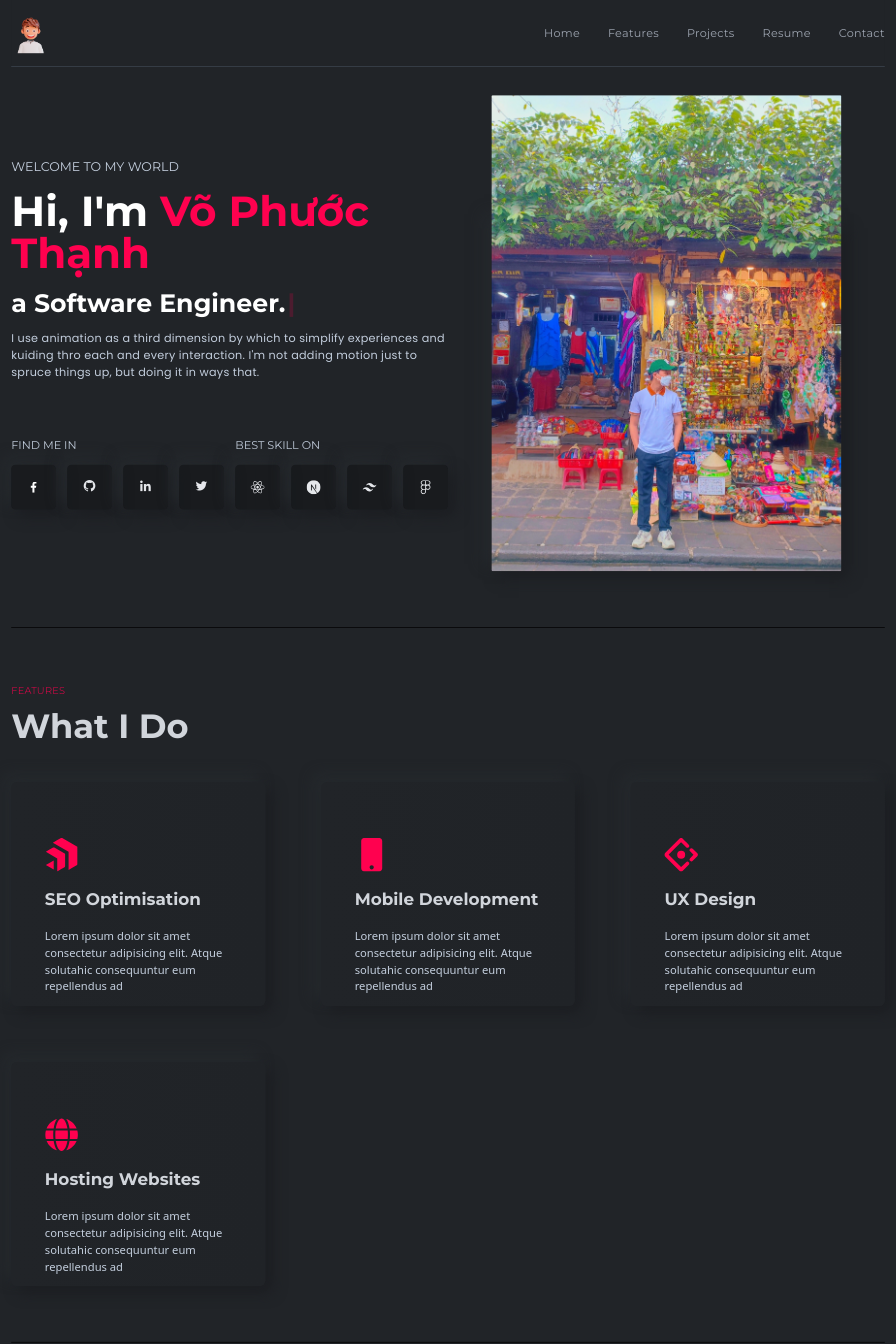
Repository: vophuocthanh/react-profile
Page: /
These files come from the project's save history. The page is drawn as it stood at one moment and after the next save; the edit follows.
The browser window is 1280 px wide. The pictures show the part of the page from y = 0 to 1920 px (the page is 5378 px tall), at 70% of full size.
The project was rebuilt for these pictures with package versions that can differ from the ones it lists, and the page was loaded fresh each time. Also part of the build but not shown: src/components/resume/ResumeCard.js, src/components/resume/Skills.js, src/components/resume/Achievement.js, src/components/resume/Experience.js, src/components/tesimonial/Testimonial.js.

Above is the page before, as saved 2023-05-04 19:54:10.

After the next save:
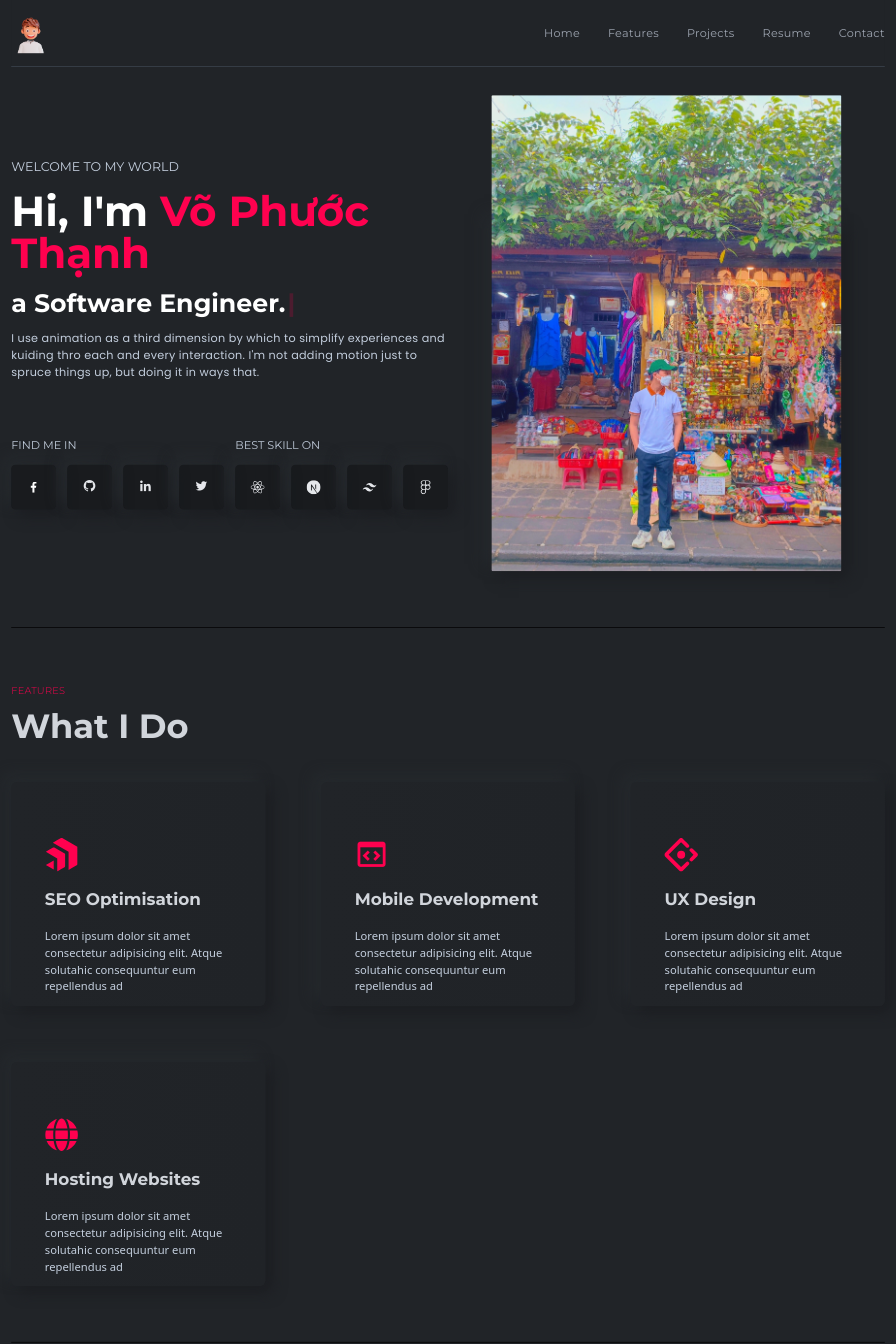
Saved 81 s later.
--- a/src/data/data.js
+++ b/src/data/data.js
@@ -23,7 +23,7 @@
   },
   {
     id: 4,
-    icon: <FaMobile />,
+    icon: <i class="bx bx-code-block"></i>,
     title: "Mobile Development",
     des: "Lorem ipsum dolor sit amet consectetur adipisicing elit. Atque solutahic consequuntur eum repellendus ad",
   },
